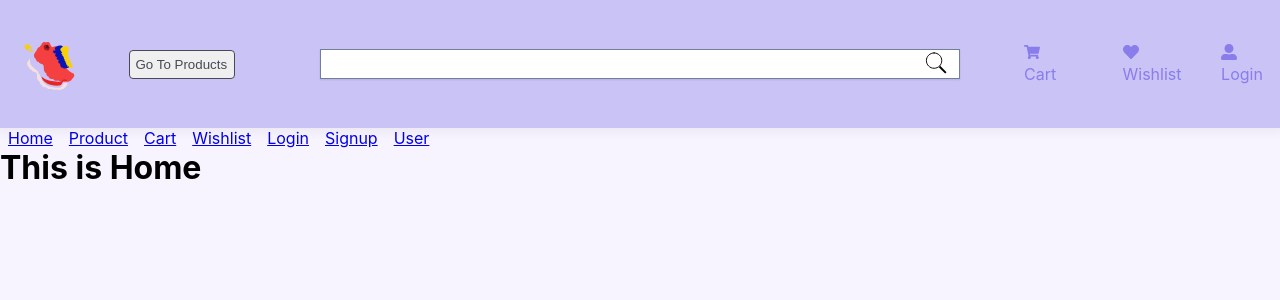
Repository: Irfan-vit/shoecase
Page: /
The author's editor kept a copy of each file at every save. The page is drawn from the files as they stood at one save, then again after a run of saves.
The browser window is 1280 px wide. The pictures show the whole page.
The page's requests for data from a server got no answer. The project was rebuilt for these pictures with package versions that can differ from the ones it lists, and the page was loaded fresh each time. No one was signed in, and anything a server would have sent is missing. Also part of the build but not shown: src/pages/Product/ProductPage.jsx, src/pages/cart/CartPage.jsx, src/pages/wishlist/WishlistPage.jsx, src/pages/login/LoginPage.jsx, src/pages/signup/SignupPage.jsx, src/pages/user/StyledUser.jsx, src/components/forms/addAddress/AddAddress.jsx, src/components/forms/editAddress/EditAddress.jsx and 4 more.

Above is the page before, as saved 2023-05-22 04:37:56.

### src/index.js
import React, { useState } from 'react'
import { createRoot } from 'react-dom/client'
import { BrowserRouter } from 'react-router-dom'
import { makeServer } from './server'
import App from './App'

import { AuthProvider } from './context/AuthContext'
import { ToastContainer } from 'react-toastify'
import { ThemeProvider } from 'styled-components'
import { defaultTheme } from './utils/theme/theme'
import GlobalStyles from './utils/theme/Global'
import 'react-toastify/dist/ReactToastify.min.css'
import './utils/css/typography.css'
import './utils/css/colors.css'

// Call make Server
makeServer()

createRoot(document.getElementById('root')).render(
  <BrowserRouter>
    <AuthProvider>
      <ThemeProvider theme={defaultTheme}>
        <App />
        <ToastContainer />
        <GlobalStyles />
      </ThemeProvider>
    </AuthProvider>
  </BrowserRouter>,
)

### src/App.jsx
import { useEffect } from 'react'
import { Routes, Route, Link } from 'react-router-dom'
import axios from 'axios'

import Home from './pages/home/HomePage'
import Product from './pages/Product/ProductPage'
import Cart from './pages/cart/CartPage'
import Wishlist from './pages/wishlist/WishlistPage'
import Login from './pages/login/LoginPage'
import Signup from './pages/signup/SignupPage'
import User from './pages/user/User'

import RequiresAuth from './components/RequiresAuth'
import { useAuth } from './context/AuthContext'
import NavBar from './components/navBar/NavBar'

function App() {
  async function getCat() {
    const res = await axios.get('/api/products')
    const dat = res.data.products
    console.log(dat)
  }
  useEffect(() => {
    getCat()
  }, [])
  return (
    <div className="App">
      <NavBar />
      <nav>
        <Link to="/" style={{ padding: '0.5rem' }}>
          Home
        </Link>
        <Link to="/product" style={{ padding: '0.5rem' }}>
          Product
        </Link>
        <Link to="/cart" style={{ padding: '0.5rem' }}>
          Cart
        </Link>
        <Link to="/wishlist" style={{ padding: '0.5rem' }}>
          Wishlist
        </Link>
        <Link to="/login" style={{ padding: '0.5rem' }}>
          Login
        </Link>
        <Link to="/signup" style={{ padding: '0.5rem' }}>
          Signup
        </Link>
        <Link to="/user" style={{ padding: '0.5rem' }}>
          User
        </Link>
      </nav>
      <Routes>
        <Route path="/" element={<Home />} />
        <Route path="/product" element={<Product />} />
        <Route path="/wishlist" element={<Wishlist />} />
        <Route path="/login" element={<Login />} />
        <Route path="/signup" element={<Signup />} />
        {/* <Route path="/user" element={<User />} /> */}
        <Route
          path="/cart"
          element={
            <RequiresAuth>
              <Cart />
            </RequiresAuth>
          }
        />
        <Route
          path="/user"
          element={
            <RequiresAuth>
              <User />
            </RequiresAuth>
          }
        />
      </Routes>
    </div>
  )
}

export default App

### src/context/AuthContext.jsx
import { createContext, useContext, useEffect, useState } from 'react'
import { useNavigate, useLocation } from 'react-router-dom'
import axios from 'axios'
import { login, signup } from '../api/auth/apiAuth'

const AuthContext = createContext()

const AuthProvider = ({ children }) => {
  const localStorageToken = JSON.parse(localStorage.getItem('token'))
  const navigate = useNavigate()
  const location = useLocation()
  const [token, setToken] = useState(localStorageToken?.token)
  const [userDetails, setUserDetails] = useState(localStorageToken?.user)

  async function getUser({ email, password }, e) {
    try {
      e.preventDefault()
      const {
        data: { foundUser, encodedToken },
      } = await login({ email, password })
      localStorage.setItem(
        'token',
        JSON.stringify({ token: encodedToken, user: foundUser }),
      )
      setToken(encodedToken)
      setUserDetails(foundUser)
      console.log(foundUser)
      navigate(location?.state?.from?.pathname ?? '/', { replace: true })
    } catch {
      console.error('invalid Credentials')
    }
  }

  async function setUser({ email, password }, e) {
    try {
      e.preventDefault()
      const {
        data: { createdUser, encodedToken },
      } = await signup({ email, password })
      console.log(createdUser, encodedToken, 'response data')
      localStorage.setItem(
        'token',
        JSON.stringify({ token: encodedToken, user: createdUser }),
      )
      setToken(encodedToken)
      setUserDetails(createdUser)
      console.log(createdUser)
      navigate('/')
    } catch {
      console.error('invalid signup')
    }
  }
  return (
    <AuthContext.Provider
      value={{ getUser, setUser, token, setToken, userDetails, setUserDetails }}
    >
      {children}
    </AuthContext.Provider>
  )
}

const useAuth = () => useContext(AuthContext)

export { AuthProvider, useAuth }

### src/utils/theme/theme.js
import defaultColors from './defaultThemeColors'
// import typography from './typogarphy'
export const defaultTheme = {
  primaryBg: defaultColors.primaryBg,
  offSetBg: defaultColors.offSetBg,
  primaryText: defaultColors.primaryText,
  PrimaryHeading: defaultColors.PrimaryHeading,
  offSetText: defaultColors.offSetText,
  action: defaultColors.action,
  actionOffSet: defaultColors.actionOffSet,
  higilight: defaultColors.higilight,
}
export const darkTheme = {
  primaryBg: defaultColors.primaryBg,
  offSetBg: defaultColors.offSetBg,
  textOnPrimary: defaultColors.textOnPrimary,
  textOnOffSet: defaultColors.textOnOffSet,
  action: defaultColors.action,
  textColor: defaultColors.textColor,
  textMuted: defaultColors.textMuted,
}

### src/utils/theme/Global.js
import { createGlobalStyle } from 'styled-components'

const GlobalStyles = createGlobalStyle`
html {
    box-sizing: border-box;
    font-size: 16px;
    font-family: var(--font-family-body);
  }
*, *::before, *::after {
    box-sizing: inherit;
    Margin:0;
    Padding:0;
    Border:0;
}
body{
  background-color: ${(props) => props.theme.primaryBg};
}
`
export default GlobalStyles

### src/utils/css/typography.css
html {
    box-sizing: border-box;
    font-size: 16px;
    font-family: var(--font-family-body);
  }
*, *::before, *::after {
    box-sizing: inherit;
    Margin:0;
    Padding:0;
    Border:0;
}

:root{
    --font-family-hero: CircularPro, "Gill Sans", "Gill Sans MT", "Helvetica Neue", Helvetica, Arial, sans-serif;
    --font-family-headings: CircularPro, Sans, apple-system, sans-serif;
    --font-family-body: -apple-system, BlinkMacSystemFont, "Segoe UI", Roboto, Helvetica, Arial, sans-serif, "Apple Color Emoji", "Segoe UI Emoji", "Segoe UI Symbol";
    --font-family-serif: Georgia, "Times New Roman", serif;
    --font-family-mono: Menlo, Monaco, "Courier New", monospace;
    --font-xxxs: 0.425rem;
    --font-xxs: 0.625rem;
    --font-xs: 0.7rem;
    --font-sm: 0.875rem;
    --font-md: 1rem;
    --font-lg: 1.25rem;
    --font-xl: 1.5rem;
    --font-xxl: 2.25rem;
    --font-xxxl: 3rem;
    --font-xxxxl: 4rem;
    --font-weight-light: 300;
    --font-weight-normal: 400;
    --font-weight-strong: 500;
    --font-weight-semi-bold: 600;
    --font-weight-bold: 700;
    --primary-color: #6c5ce7;
    --primary-heavy: #5d4aec;
    --primary-light: #897dec;
    --text-on-primary: #ffffff;
    --primary-bg: #eceaff;
    --primary-bg-heavy: #c9c3f6;
    --secondary-color: #ffffff;
    --secondary-heavy: #ffffff;
    --secondary-light: #ffffff;
    --text-on-secondary: #6c5ce7;
    --secondary-bg: #ffffff;
    --secondary-bg-heavy: #ffffff;
    --error-color: #e62e5c;
    --error-heavy: #d31948;
    --error-light: #f086a0;
    --error-bg: #f7bac9;
    --error-bg-heavy: #8d1130;
    --spacing-unit: 6px;
    --margins: 2;
    --margin-size: (var(--margins) * 2);
    --cell-padding: (4 * var(--spacing-unit));
    --grid-gutter: (var(--margins) * var(--spacing-unit));
    --grid-margin: (var(--margin-size) * var(--spacing-unit));
    --cell-margin: (var(--grid-gutter) / 2);
    --border-radius-small: 0.125rem;
    --border-radius-medium: 0.25rem;
    --border-radius-large: 0.5rem;
    --border-radius-x-large: 1rem;
    --border-radius-circle: 50%;
    --border-radius-pill: 9999px;
    --border-size1: 1px;
    --border-size2: 2px;
    --border-size3: 3px;
    --border-size4: 4px;
    --text-color: #718096;
    --text-bright: #000;
    --text-muted: #a9b1ba;
    --bg-color: #fff;
    --background-body: #202b38;
    --background: #161f27;
    --background-alt: #1a242f;
    --box-shadow: 0 -1px 1px 0 rgba(0, 0, 0, 0.09), 0 2px 2px 0 rgba(0, 0, 0, 0.23);
    --box-shadow-x-small: 0 1px 0 #0d131e0d;
    --box-shadow-small: 0 1px 2px #0d131e1a;
    --box-shadow-medium: 0 2px 4px #0d131e1a;
    --box-shadow-large: 0 2px 8px #0d131e1a;
    --box-shadow-x-large: 0 4px 16px #0d131e1a;
    --border-color: #fff;
    --form-placeholder: #a9a9a9;
    --form-text: #fff;
    --color-focus-outline: #4299e14c;
    --tertiary-color: #8367C7;
    --complimentary-color: #F0FFF1;
    --twitter: #1da1f2;
    --slack: #4a154b;
    --github: #24292e;
    --heading-xxs: 1rem;
    --heading-xs: 1.1rem;
    --heading-sm: 1.25rem;
    --heading-md: 1.5rem;
    --heading-lg: 2rem;
    --heading-xl: 3rem;
    --heading-xxl: 4rem;
}

### src/utils/css/colors.css
:root{
    --background-color: #FFFFFF;
    --on-background-color: #2B2B2B;
    --on-background-low-color: #9598A1;
    --on-background-medium-color: #707279;
    --on-background-high-color: #2B2B2B;
    --primary-color: #6C5CE7;
    --on-primary-color: #FFFFFF;
    --border-medium-color: #EDEDED;
    --border-medium-hover-color: #CECECE;
    --border-medium-focus-color: #C6C6C6;
    --border-medium-active-color: #AFAFAF;
    --border-high-color: #BABEC9;
    --border-high-hover-color: #A3A6B0;
    --border-high-focus-color: #9DA1A9;
    --border-high-active-color: #8C8F96;
    --border-primary-color: #6C5CE7;
    --border-primary-hover-color: #8376EB;
    --border-primary-focus-color: #897DEC;
    --border-primary-active-color: #8F83ED;
    --surface-color: #FFFFFF;
    --surface-hover-color: #EDEBFC;
    --surface-active-color: #DCD8F9;
    --surface-focus-color: #E2DEFA;
    --on-surface-color: #2B2B2B;
    --on-surface-medium-color: #707279;
    --on-surface-low-color: #9598A1;
    --surface01-color: #FFFBFF;
    --surface02-color: #F7F2FD;
    --surface-primary-color: #140068;
    --surface-primary-hover-color: #3A2980;
    --surface-primary-active-color: #433386;
    --surface-primary-focus-color: #4C3D8C;
    --on-surface-primary-color: #FFFFFF;
    --surface-neutral-color: #FFFFFF;
    --surface-neutral-hover-color: #F4F5F6;
    --surface-neutral-focus-color: #F1F2F4;
    --surface-neutral-active-color: #EEEFF2;
    --on-surface-neutral-high-color: #2B2B2B;
    --on-surface-neutral-medium-color: #707279;
    --on-surface-neutral-low-color: #9598A1;
    --positive-color: #37B26C;
    --negative-color: #E62E5C;
    --warning-color: #FFC640;
    --process-color: #0984E3;
    --primary-surface-color: #F6F5FE;
    --positive-surface-color: #F3FAF6;
    --negative-surface-color: #FDF2F5;
    --warning-surface-color: #FFFCF4;
    --process-surface-color: #F0F8FD;
}

### src/backend/controllers/CategoryController.js
import { Response } from "miragejs";

/**
 * All the routes related to Category are present here.
 * These are Publicly accessible routes.
 * */

/**
 * This handler handles gets all categories in the db.
 * send GET Request at /api/categories
 * */

export const getAllCategoriesHandler = function () {
  try {
    return new Response(200, {}, { categories: this.db.categories });
  } catch (error) {
    return new Response(
      500,
      {},
      {
        error,
      }
    );
  }
};

/**
 * This handler handles gets all categories in the db.
 * send GET Request at /api/user/category/:categoryId
 * */

export const getCategoryHandler = function (schema, request) {
  const categoryId = request.params.categoryId;
  try {
    const category = schema.categories.findBy({ _id: categoryId });
    return new Response(200, {}, { category });
  } catch (error) {
    return new Response(
      500,
      {},
      {
        error,
      }
    );
  }
};

### src/backend/controllers/ProductController.js
import { Response } from "miragejs";

/**
 * All the routes related to Product are present here.
 * These are Publicly accessible routes.
 * */

/**
 * This handler handles gets all products in the db.
 * send GET Request at /api/products
 * */

export const getAllProductsHandler = function () {
  return new Response(200, {}, { products: this.db.products });
};

/**
 * This handler handles gets all products in the db.
 * send GET Request at /api/user/products/:productId
 * */

export const getProductHandler = function (schema, request) {
  const productId = request.params.productId;
  try {
    const product = schema.products.findBy({ _id: productId });
    return new Response(200, {}, { product });
  } catch (error) {
    return new Response(
      500,
      {},
      {
        error,
      }
    );
  }
};

### src/backend/db/categories.js
import { v4 as uuid } from 'uuid'
import { casual, fitness, track, sports } from '../../assets/assetsServer'
/**
 * Category Database can be added here.
 * You can add category of your wish with different attributes
 * */

export const categories = [
  {
    _id: uuid(),
    categoryName: 'casual',
    imgSrc: casual,
  },
  {
    _id: uuid(),
    categoryName: 'sports',
    imgSrc: sports,
  },
  {
    _id: uuid(),
    categoryName: 'fitness',
    imgSrc: fitness,
  },
  {
    _id: uuid(),
    categoryName: 'track',
    imgSrc: track,
  },
]

### src/backend/db/products.js
import { v4 as uuid } from 'uuid'
import {
  casualT1,
  casualT2,
  fitnessT1,
  fitnessT2,
  trackT1,
  trackT2,
  sportsT1,
  sportsT2,
} from '../../assets/assetsServer'
/**
 * Product Database can be added here.
 * You can add products of your wish with different attributes
 * */

export const products = [
  {
    _id: uuid(),
    isFeatured: false,
    title: 'Vans Old Skool',
    price: '5499',
    categoryName: 'casual',
    inWishlist: true,
    inCart: true,
    imgSrc: casualT1,
    rating: 4.5,
  },
  {
    _id: uuid(),
    isFeatured: true,
    title: 'Adidas Gazelle',
    price: '7799',
    categoryName: 'casual',
    inWishlist: false,
    inCart: false,
    imgSrc: casualT2,
    rating: 3.0,
  },
  {
    _id: uuid(),
    isFeatured: false,
    title: 'Mizuno sneakers',
    price: '13912',
    categoryName: 'fitness',
    inWishlist: false,
    inCart: false,
    imgSrc: fitnessT1,
    rating: 3.5,
  },
  {
    _id: uuid(),
    isFeatured: true,
    title: 'Reebok Hexaffect',
    price: '7999',
    categoryName: 'fitness',
    inWishlist: false,
    inCart: false,
    imgSrc: fitnessT2,
    rating: 3.0,
  },
  {
    _id: uuid(),
    isFeatured: true,
    title: 'Brroks Hyperion Max',
    price: '5999',
    categoryName: 'track',
    inWishlist: false,
    inCart: false,
    imgSrc: trackT1,
    rating: 3.5,
  },
  {
    _id: uuid(),
    isFeatured: false,
    title: 'Air Zoom Pegasus',
    price: '8996',
    categoryName: 'track',
    inWishlist: false,
    inCart: false,
    imgSrc: trackT2,
    rating: 4.5,
  },
  {
    _id: uuid(),
    isFeatured: true,
    title: 'New Balance Revlitye',
    price: '5890',
    categoryName: 'sports',
    inWishlist: false,
    inCart: false,
    imgSrc: sportsT1,
    rating: 4,
  },
  {
    _id: uuid(),
    isFeatured: false,
    title: 'Hummel Liga GK',
    price: '7199',
    categoryName: 'sports',
    inWishlist: false,
    inCart: false,
    imgSrc: sportsT2,
    rating: 3.5,
  },
]

### src/backend/db/users.js
import { v4 as uuid } from 'uuid'
import { formatDate } from '../utils/authUtils'
/**
 * User Database can be added here.
 * You can add default users of your wish with different attributes
 * Every user will have cart (Quantity of all Products in Cart is set to 1 by default), wishList by default
 * */

export const users = [
  {
    _id: uuid(),
    firstName: 'Adarsh',
    lastName: 'Balika',
    email: 'adarshbalika@gmail.com',
    password: 'adarshbalika',
    address: [],
    createdAt: formatDate(),
    updatedAt: formatDate(),
  },
  {
    _id: uuid(),
    firstName: 'Adarsh',
    lastName: 'Balika',
    email: 'balika@gmail.com',
    password: 'balika',
    address: [],
    createdAt: formatDate(),
    updatedAt: formatDate(),
  },
]

### src/pages/home/HomePage.jsx
const Home = () => {
  return (
    <>
      <h1>This is Home</h1>
    </>
  )
}

export default Home

### src/components/navBar/NavBar.jsx
import { useNavigate } from 'react-router-dom'
import { redirect } from 'react-router-dom'
import { Link } from 'react-router-dom'
import { StyledNavWrapper, StyledNav, StyledNavList } from '../../styles/index'
import { FaShoppingCart, FaHeart, FaUserAlt } from 'react-icons/fa'
import HeroLogo from '../animations/HeroAnimations/HeroLogo'

import SearchInput from '../inputs/SeacrhInput'
import Select from '../select/Select'
// import { useFilterProducts } from '../../context/filterProductsContext'

const NavBar = () => {
  // const { filterDispatch, filterState } = useFilterProducts()
  const navigate = useNavigate()
  return (
    <StyledNavWrapper>
      <StyledNav>
        <div>
          <div>
            <Link to="/">
              <HeroLogo />
            </Link>
          </div>
          <div>
            <Select />
          </div>
        </div>
        <div>
          <SearchInput />
        </div>
        <div>
          <StyledNavList>
            <ul>
              <li>
                <Link to="/cart">
                  <FaShoppingCart />
                  <p>Cart</p>
                </Link>
              </li>
              <li>
                <Link to="/wishlist">
                  <FaHeart />
                  <p>Wishlist</p>
                </Link>
              </li>
              <li>
                <Link to="">
                  <FaUserAlt />
                  <p>Login</p>
                </Link>
              </li>
            </ul>
          </StyledNavList>
        </div>
      </StyledNav>
    </StyledNavWrapper>
  )
}

export default NavBar

### src/api/auth/apiAuth.js
import axios from 'axios'

export const login = async ({ email, password }) =>
  await axios.post(`/api/auth/login`, {
    email,
    password,
  })

export const signup = async ({ email, password }) =>
  await axios.post(`/api/auth/signup`, {
    email,
    password,
  })

### src/utils/theme/defaultThemeColors.js
const defaultColors = {
  primaryBg: '#f7f3ff',
  PrimaryHeading: '#a9b1ba',
  primaryText: '#718096',
  offSetBg: '#c9c3f6',
  offSetText: '#474a56',
  action: '#885df1',
  actionOffSet: '#ffffff',

  higilight: '#897dec',
  // higilight: '#5D48B8',
}

export default defaultColors

### src/assets/assetsServer.js
import casual from './images/casual.jpg'
import casualT1 from './images/casualT1.jpg'
import casualT2 from './images/casualT2.jpg'
import fitness from './images/fitness.jpg'
import fitnessT1 from './images/fitnessT1.jpg'
import fitnessT2 from './images/fitnessT2.jpg'
import track from './images/track.jpg'
import trackT1 from './images/trackT1.jpg'
import trackT2 from './images/trackT2.jpg'
import sports from './images/sports.jpg'
import sportsT1 from './images/sportsT1.jpg'
import sportsT2 from './images/sportsT2.jpg'
import men from './images/men.jpg'
import mensT1 from './images/mensT1.jpg'
import mensT2 from './images/mensT2.jpg'
import women from './images/women.jpg'
import womensT1 from './images/womensT1.jpg'
import womensT2 from './images/womensT2.jpg'

export {
  casual,
  casualT1,
  casualT2,
  fitness,
  fitnessT1,
  fitnessT2,
  track,
  trackT1,
  trackT2,
  sports,
  sportsT1,
  sportsT2,
  men,
  mensT1,
  mensT2,
  women,
  womensT1,
  womensT2,
}

### src/styles/index.js
export * from './NavBarStyles'
export * from './SelectStyles'
export * from './SearchInputStyles'

### src/components/animations/HeroAnimations/HeroLogo.jsx
import { useLottie, useLottieInteractivity } from 'lottie-react'
import logoRun from '../../../assets/json/logo.json'
const style = {
  height: '4rem',
  width: '4rem',
  display: 'inline-block',
  cursor: 'pointer',
}

const options = {
  animationData: logoRun,
}

const HeroLogo = () => {
  const lottieObj = useLottie(options, style)
  const Animation = useLottieInteractivity({
    lottieObj,
    mode: 'cursor',
    actions: [
      {
        position: { x: [0, 1], y: [0, 1] },
        type: 'seek',
        frames: [49, 72],
      },
      {
        position: { x: -1, y: -1 },
        type: 'stop',
        frames: [72],
      },
    ],
  })

  return Animation
}

export default HeroLogo

### src/components/inputs/SeacrhInput.jsx
import Search from '../animations/Floats/Search'

import { StyledSearchInput } from '../../styles/index'
// import { useFilterProducts } from '../../context/filterProductsContext'
const SearchInput = () => {
  // const { search, setSearch } = useFilterProducts()
  return (
    <form action="">
      <StyledSearchInput>
        <input
          type="text"
          // value={search}
          // onChange={(e) => setSearch(e.target.value)}
        />
        <Search />
      </StyledSearchInput>
    </form>
  )
}
export default SearchInput

### src/components/select/Select.jsx
import { useNavigate } from 'react-router-dom'
// import { useFilterProducts } from '../../context/filterProductsContext'
import { StyledSelect } from '../../styles/index'
import { Link } from 'react-router-dom'

const Select = () => {
  // const { filterDispatch, filterState } = useFilterProducts()
  const navigate = useNavigate()
  return (
    <form action="">
      <label
        htmlFor="categories"
        onSubmit={(e) => {
          e.preventDefault()
        }}
      >
        <StyledSelect name="categories" id="categories">
          <option value="select">
            <Link
              onClick={() => {
                // filterDispatch({ type: 'reset' })
                navigate('/product')
              }}
            >
              Go To Products
            </Link>
          </option>
          <option value="casual">
            <Link
              onClick={() => {
                // filterDispatch({ type: 'casual' })
                navigate('/product')
              }}
            >
              Casual
            </Link>
          </option>
          <option value="fitness">
            <Link
              onClick={() => {
                navigate('/product')
                // filterDispatch({ type: 'fitness' })
              }}
            >
              Fitness
            </Link>
          </option>
          <option value="track">
            <Link
              onClick={() => {
                navigate('/product')
                // filterDispatch({ type: 'track' })
              }}
            >
              Track
            </Link>
          </option>
          <option value="sports">
            <Link
              onClick={() => {
                navigate('/product')
                // filterDispatch({ type: 'sports' })
              }}
            >
              Sports
            </Link>
          </option>
        </StyledSelect>
      </label>
    </form>
  )
}
export default Select

### src/styles/NavBarStyles.jsx
import styled from 'styled-components'

const StyledNavWrapper = styled.aside`
  margin-bottom: 8rem;
`

const StyledNav = styled.nav`
  box-shadow: var(--box-shadow);
  box-shadow: 0px 0px 10px 4px rgb(0 0 0 / 5%);
  z-index: 1;
  position: fixed;
  top: 0;
  width: 100%;
  height: 8rem;
  background-color: ${(props) => props.theme.offSetBg};
  margin: 0 auto;
  display: flex;
  align-items: center;
  justify-content: space-between;
  > :nth-child(1) {
    display: flex;
    align-items: center;
    flex-basis: 20%;
    justify-content: space-around;
  }
  > :nth-child(2) {
    flex-basis: 50%;
  }
  > :nth-child(3) {
    flex-basis: 20%;
  }
  @media (min-width: 900px) {
    display: flex;
    justify-content: space-between;
    align-items: center;
    > :nth-child(1) {
      display: flex;
      align-items: center;
      flex-basis: 20%;
      justify-content: space-around;
    }
    > :nth-child(2) {
      flex-basis: 50%;
    }
    > :nth-child(3) {
      flex-basis: 20%;
    }
  }
`

const StyledNavList = styled.div`
  > ul {
    display: flex;
    flex-flow: row wrap;
    list-style-type: none;
    justify-content: space-between;
    align-items: center;
    align-content: center;
  }
  > ul > li {
    flex-basis: 23%;
  }
  > ul > li > a {
    text-decoration: none;
    margin: 0;
    padding: 0;
    transition: 0.3s;
    text-decoration: underline;
    text-decoration-color: transparent;
    -webkit-text-decoration-color: transparent;
    -moz-text-decoration-color: transparent;
    text-decoration: none;
    color: ${(props) => props.theme.higilight};
    :hover,
    :active,
    :focus {
      color: ${(props) => props.theme.offSetText};
      text-decoration-line: underline;
      text-decoration-style: line;
      text-decoration-color: ${(props) => props.theme.offSetText};
      text-underline-offset: 3px;
    }
  }
`
export { StyledNavWrapper, StyledNav, StyledNavList }

### src/styles/SelectStyles.jsx
import styled from 'styled-components'
const StyledSelect = styled.select`
  outline: none;
  border: none;
  outline: none;
  cursor: pointer;
  border-radius: var(--border-size4);
  padding: var(--spacing-unit);
  color: ${(props) => props.theme.offSetText};
  border: 1px solid ${(props) => props.theme.offSetText};
  appearance: none;
  :focus {
    border: 1px solid ${(props) => props.theme.action};
    outline: none;
  }
`
export { StyledSelect }

### src/styles/SearchInputStyles.jsx
import styled from 'styled-components'

const StyledSearchInput = styled.div`
  position: relative;
  width: 100%;
  > input {
    outline: none;
    cursor: pointer;
    padding: var(--font-xxxs) var(--font-xxs);
    color: ${(props) => props.theme.primaryText};
    border: 1px solid ${(props) => props.theme.primaryHeading};
    box-shadow: var(--box-shadow-small);
    width: 100%;
    :focus {
      border: 1px solid ${(props) => props.theme.action};
      outline: none;
    }
  }
  > a {
    position: absolute;
    right: 0;
    bottom: 0%;
    transform: translate(-50%, 0%);
    color: ${(props) => props.theme.textMuted};
    cursor: pointer;
    :hover {
      color: ${(props) => props.theme.primaryColor};
    }
  }
`
export {StyledSearchInput}

### src/components/animations/Floats/Search.jsx
import { useLottie, useLottieInteractivity } from 'lottie-react'
import search from '../../../assets/json/search.json'
const style = {
  height: '1.5rem',
  display: 'inline-block',
  cursor: 'pointer',
}

const options = {
  animationData: search,
}

const Search = () => {
  const lottieObj = useLottie(options, style)
  const Animation = useLottieInteractivity({
    lottieObj,
    mode: 'cursor',
    actions: [
      {
        position: { x: [0, 1], y: [0, 1] },
        type: 'loop',
        frames: [0, 20],
      },
      {
        position: { x: -1, y: -1 },
        type: 'stop',
        frames: [0],
      },
    ],
  })

  return <a href="#">{Animation}</a>
}

export default Search

Loaded but not shown: public/index.html (common file); src/backend/utils/authUtils.js (common file); src/assets/json/logo.json (1 lines, source omitted); src/assets/json/search.json (1 lines, source omitted); src/backend/controllers/CartController.js (148 lines, source omitted); src/server.js (87 lines, source omitted); src/backend/controllers/WishlistController.js (100 lines, source omitted); src/backend/controllers/AuthController.js (101 lines, source omitted)

After the next 3 saves:
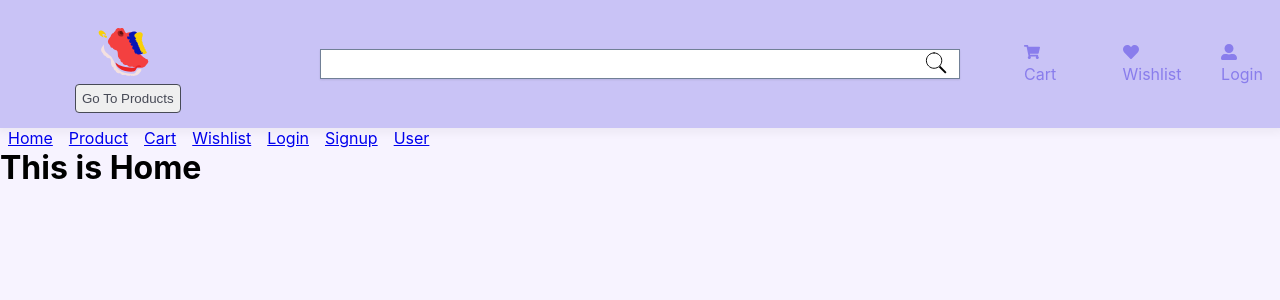
The 3 saves are shown as one change because they came seconds apart.
The last was saved 27 s later.
--- a/src/styles/NavBarStyles.jsx
+++ b/src/styles/NavBarStyles.jsx
@@ -19,6 +19,7 @@ const StyledNav = styled.nav`
   justify-content: space-between;
   > :nth-child(1) {
     display: flex;
+    flex-flow: column;
     align-items: center;
     flex-basis: 20%;
     justify-content: space-around;
